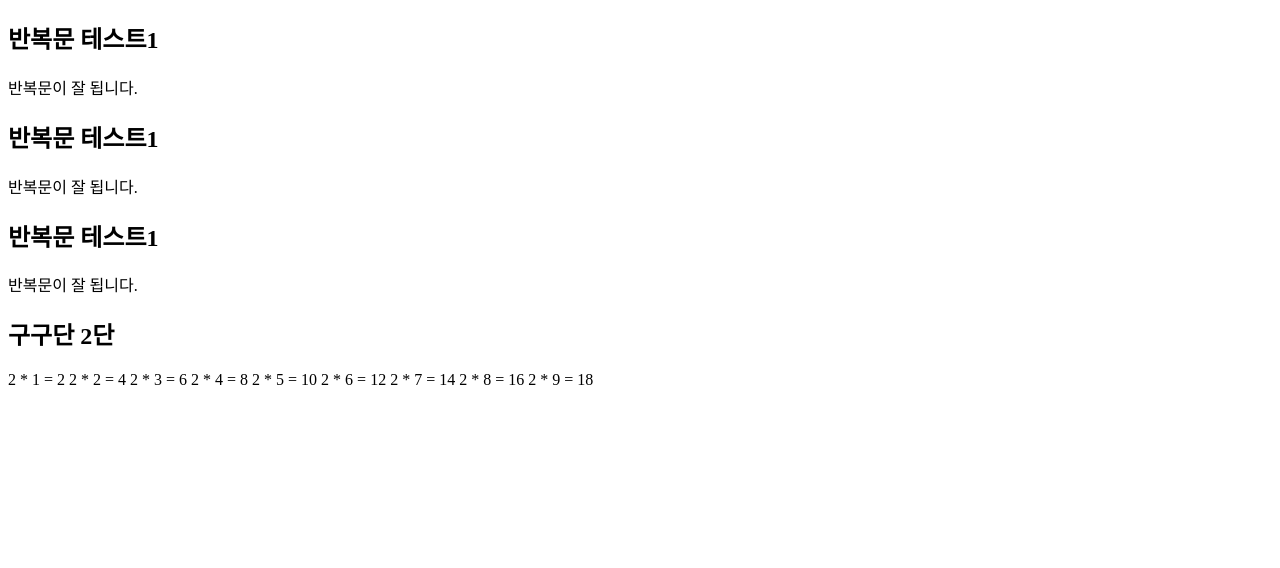
Repository: jungreul97/jsp_pracitce
Page: http://localhost/JSPBasic/JspTag/Scriptlet.jsp
An editor plug-in stored every save of this project. The page is shown before and after the next save, followed by the edit.
The browser window is 1280 px wide. The pictures show the whole page.
The page is served by Tomcat 9.

Above is the page before, as saved 2022-01-28 02:35:48.

### JSPBasic/src/main/webapp/JspTag/Scriptlet.jsp
<%@ page language="java" contentType="text/html; charset=UTF-8"
    pageEncoding="UTF-8"%>
<!DOCTYPE html>
<html>
<head>
<meta charset="UTF-8">
<title>Insert title here</title>
</head>
<body>
	<!-- 스크립트릿 내부에는 자바 코드를 작성할 수 있으며
	이 코드를 반영해 페이지가 구성됩니다. -->
	<% for(int i=0;i<3;i++){ %>
		<h2>반복문 테스트1</h2>
		<p>
			반복문이 잘 됩니다.
		</p>
	<% } %>

	<!--  하단에 구구단 코드를 작성해주세요.
	System.out.println()이 괄호 내 구문을 콘솔에 찍히게 해줬다면
	out.println()은 html화면에 괄호 내 구문을 콘솔에 찍히게 해줍니다.
	(javascript의 document.wrtie()와 같은 역할)-->
	<h2>구구단 2단</h2>
	<% for(int i=1;i<=9;i++){
		out.println("2 * "+i+" = "+(2*i));
	} %>
</body>
</html>

After the next save:
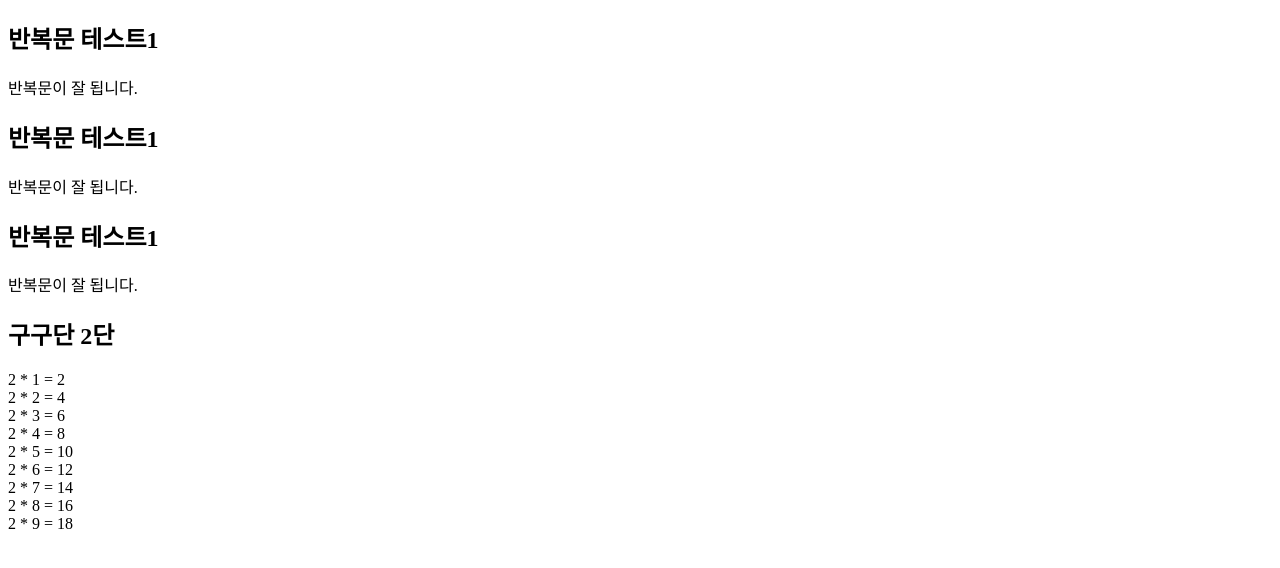
Saved 58 s later.
--- a/JSPBasic/src/main/webapp/JspTag/Scriptlet.jsp
+++ b/JSPBasic/src/main/webapp/JspTag/Scriptlet.jsp
@@ -22,7 +22,7 @@
 	(javascript의 document.wrtie()와 같은 역할)-->
 	<h2>구구단 2단</h2>
 	<% for(int i=1;i<=9;i++){
-		out.println("2 * "+i+" = "+(2*i));
+		out.println("2 * "+i+" = "+(2*i)+"<br/>");
 	} %>
 </body>
 </html>
